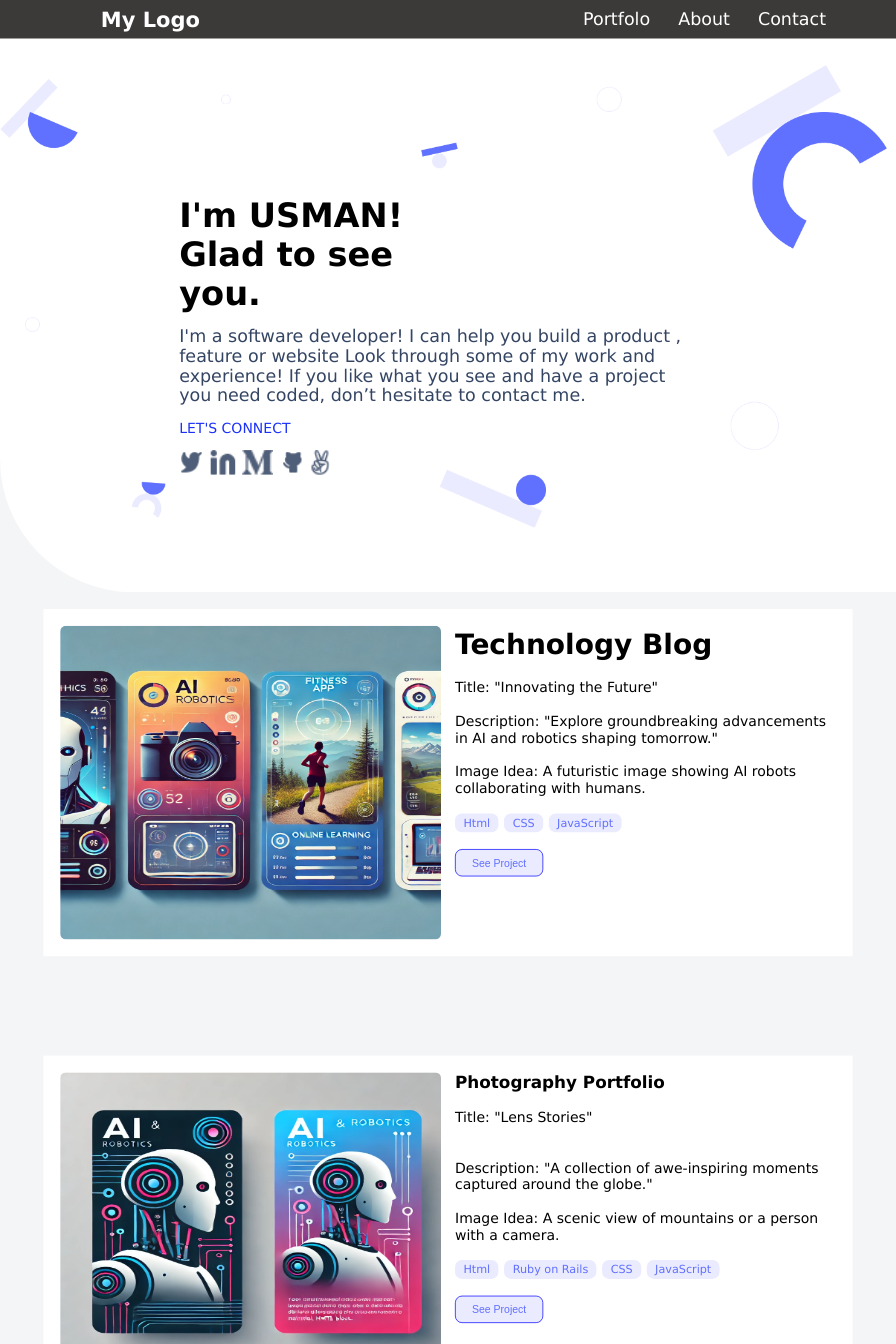
Repository: usman3123/portfolio-template-3
Page: portfolio.html
These files come from the project's save history. The page is drawn as it stood at one moment and after the next save; the edit follows.
The browser window is 1280 px wide. The pictures show the part of the page from y = 0 to 1920 px (the page is 5060 px tall), at 70% of full size.
Some web libraries are served in a nearby version.

Above is the page before, as saved 2025-01-27 11:38:52.
Not found: index.js

### portfolio.html
<!DOCTYPE html>
<html lang="en">
<head>
  <meta charset="UTF-8">
  <meta name="viewport" content="width=device-width, initial-scale=1.0">
  <title>project 2</title>
  <link rel="stylesheet" href="style.css">
  <link href='https://unpkg.com/boxicons@2.1.4/css/boxicons.min.css' rel='stylesheet'>
  <link rel="stylesheet" href="https://cdnjs.cloudflare.com/ajax/libs/font-awesome/6.6.0/css/all.min.css" integrity="sha512-Kc323vGBEqzTmouAECnVceyQqyqdsSiqLQISBL29aUW4U/M7pSPA/gEUZQqv1cwx4OnYxTxve5UMg5GT6L4JJg==" crossorigin="anonymous" referrerpolicy="no-referrer" />
  <link rel="stylesheet" href="https://cdnjs.cloudflare.com/ajax/libs/font-awesome/6.6.0/css/all.min.css" integrity="sha512-Kc323vGBEqzTmouAECnVceyQqyqdsSiqLQISBL29aUW4U/M7pSPA/gEUZQqv1cwx4OnYxTxve5UMg5GT6L4JJg==" crossorigin="anonymous" referrerpolicy="no-referrer" />

  <link rel="stylesheet" href="https://cdnjs.cloudflare.com/ajax/libs/font-awesome/6.7.2/css/all.min.css">
  <link rel="preconnect" href="https://fonts.googleapis.com">
<link rel="preconnect" href="https://fonts.gstatic.com" crossorigin>
<link href="https://fonts.googleapis.com/css2?family=Poppins:ital,wght@0,100;0,200;0,300;0,400;0,500;0,600;0,700;0,800;0,900;1,100;1,200;1,300;1,400;1,500;1,600;1,700;1,800;1,900&display=swap" rel="stylesheet">
</head>

<body>
<section class="webpage">
  <!-- Navbar -->

 <div class="hero-page">
  <div class="header-div">
    <nav class="nav-bar flex">
        <h4 class="nav-heading">My Logo</h4>
        <div class="nav-links flex">
            <a href="#myportfolio" class="link">Portfolo</a>
            <a href="myabout" class="link">About</a>
            <a href="mycontact" class="link" >Contact</a>
        </div>
        <i class="fa-solid fa-light fa-bars fa-xl " id="nav-icon"></i>
    </nav>
</div>

  <!-- Main Content -->
  <section id="myportfolio" class="hero-section flex">
    <div class="hero-content flex">
        <h1 class="hero-head"> I'm USMAN!
          Glad to see you.
      </h1>
      <p class="hero-p">
         I'm a software developer! I can help you build a product , feature or website Look through  some of my work and experience! If you like what you see and have a project you need coded, don’t hesitate to contact me.
      </p>
     <p class="let-connect"> LET'S CONNECT</p>

      <div class="icons flex">
          <img src="/assets/twitter.png" class="media-icon">
          <img src="assets/Linkedin.png" class="media-icon">
          <img src="assets/M.png" class="media-icon">
          <img src="assets/Github.png" class="media-icon">
          <img src="assets/V.png" class="media-icon">
      </div>
    </div>
  </section>

 </div>
  <!-- Cards Section -->

  <section class="cards flex">
    <div class="card flex">
      <img class="card-img" src="/assets/card-1img.webp" alt="CARD_!_IMG">
      <div class="card-content flex">
        <h2 class="card-head">Technology Blog</h2>
        <p class="content-p">Title: "Innovating the Future"</p>
        <p class="content-sp">Description: "Explore groundbreaking advancements in AI and robotics shaping tomorrow."</p>
        <p class="content-p">Image Idea: A futuristic image showing AI robots collaborating with humans.</p>
        <div class="languages flex">
          <p class="lang">Html</p>
          <p class="lang">CSS</p>
          <p class="lang">JavaScript</p>
        </div>
        <button class="content-btn">See Project</button>
      </div>
    </div>
    <div class="card flex">
      <img class="card-img" src="/assets/card-2img.webp" alt="CARD_!_IMG">
      <div class="card-content flex">
        <h2 id="photo-head">Photography Portfolio</h2>
        <p class="content-p">Title: "Lens Stories"<p>
        <p class="content-sp">Description: "A collection of awe-inspiring moments captured around the globe."</p>
        <p class="content-p">Image Idea: A scenic view of mountains or a person with a camera.
        </p>
        <div class="languages flex">
          <p class="lang">Html</p>
          <p class="lang">Ruby on Rails</p>
          <p class="lang">CSS</p>
          <p class="lang">JavaScript</p>
        </div>
        <button class="content-btn">See Project</button>
      </div>
    </div>
    <div class="card flex">
      <img class="card-img" src="/assets/card-3img.webp" alt="CARD_!_IMG">
      <div class="card-content flex">
        <h2 class="card-head">Fitness App</h2>
        <p class="content-p">Title: "MoveSmart"<p>
        <p class="content-sp">Description: "Your companion for tracking workouts and achieving fitness goals."</p>
        <p class="content-p">Image Idea: A person jogging with fitness metrics displayed.</p>
        <div class="languages flex">
          <p class="lang">Html</p>
          <p class="lang">Ruby on Rails</p>
          <p class="lang">CSS</p>
          <p class="lang">JavaScript</p>
        </div>
        <button class="content-btn">See Project</button>
      </div>
    </div>
    <div class="card flex">
      <img class="card-img" src="/assets/card-4img.webp" alt="CARD_!_IMG">
      <div class="card-content flex">
        <h2 class="card-head">Online Learning</h2>
        <p class="content-p">Title: "Skillify"p>
        <p class="content-sp">Description: "Join courses from world-class instructors and master new skills."</p>
        <p class="content-p">Image Idea: A laptop with an open notebook and a student studying.</p>
        <div class="languages flex">
          <p class="lang">Html</p>
          <p class="lang">Ruby on Rails</p>
          <p class="lang">CSS</p>
          <p class="lang">JavaScript</p>
        </div>
        <button class="content-btn">See Project</button>
      </div>
    </div>
  </section>


   <!-- ABOUT MYSELF -->

   <section id="myabout" class="about flex">

    <div class="about-intro flex">
      <h1 class="about-head">About Myself</h1>
      <p class="about-paragraph">Hello I'm a software developer! I can help you build a product , feature or website Look through some of my work and experience! If you like what you see and have a project you need coded, don't hesitate to contact me.</p>
        <p class="connect">Let's Connect</p>
        <div class="icons flex icon-gap">
          <img src="assets/twitter.png" class="twitter">
          <img src="assets/Linkedin.png" class="inimage">
          <img src="assets/M.png" class="mimage">
          <img src="assets/Github.png" class="tomimage">
          <img src="assets/V.png" class="protocol">
      </div>
      <button class="content-btn rsm-btn"> Get my resume</button>
    </div>

    <div class="about-skills flex">
      <div class="about-all flex">
        <p>Languages</p>
        <i class='bx bx-chevron-down'></i>
      </div>
      <div class="about-lang flex">
        <div class="about-lang-img flex">
          <i class="fa-brands fa-js sty-i" style="color: #ff0000;"></i>
          <p>JavaScript</p>
        </div>
        <div class="about-lang-img flex">
          <i class="fa-brands fa-html5 sty-i" style="color: #FFD43B;"></i>
          <p>Html</p>

        </div>
        <div class="about-lang-img flex">
          <i class="fa-brands fa-css3-alt sty-i" style="color: #74C0FC;"></i>
          <p>css</p>
        </div>
      </div>
      <div class="about-all flex">
        <p> Frameworks</p>
        <i class='bx bx-chevron-right'></i>
      </div>
      <div class="about-all flex">
        <p>Skills</p>
        <i class='bx bx-chevron-right'></i>
        </div>
        </div>
  </section>


  <!-- Contact section -->

    <section id="mycontact" class="contact-section flex">
    <h1 class="contact-heading">Contact Me</h1>
    <p class="contact-description flex">
        If you have an application you are interested in developing, a feature that you need built, or a project that needs coding, I'd love to help with it!
    </p>
    <form class="contact-form flex">
        <input class="form-input" type="text" placeholder="Your Name">
        <input class="form-input" type="email" placeholder="Your Email">
        <textarea class="form-message" placeholder="Write your message here..."></textarea>
        <button class="form-button flex">Get in Touch</button>
    </form>

</section>
</section>

<script src="index.js"></script>
</body>
</html>

### style.css
*{
    margin: 0;
    padding: 0;
    box-sizing: border-box;
}

body {
    font-family: Verdana, Geneva, Tahoma, sans-serif;
    background-color: #f4f5f7;
    justify-content: center;
    display: flex
;
}

.flex {
    display: flex;
}

/* nav-bar */

.header-div {
    background-color: #3c3a39;
    width: 100%;
}

.nav-bar {
    justify-content: space-between;
    color: white;
    max-width: 1204px;
    align-items: center;
    padding: 10px 24px;
}

.nav-heading {
    font-size: 30px;
    padding-left: 120px;
}

.nav-links {
    gap: 40px;
    align-items: center;
    font-size: 25px;
    display: none;
}
.nav-icon {
    display: flex;
    width: 24px;
}


/* hero-section */

.hero-page {
    background-color: white;
    border-bottom-left-radius: 190px;
    background-image: url(/assets/Header\ bg@2x.png);
    background-size: contain;
    max-height: 846px;
    background-position: center;
    background-repeat: no-repeat;
    max-width: 1440px;
}
.hero-section {
    height: 846px;
    align-items: center;
    justify-content: center;
    padding-left: 20%;
}
.hero-content {
    flex-direction: column;
    gap: 20px;
}
.hero-head {
    font-size: 48px;
    font-weight: 700;
    width: 35%;
}

.hero-p {
    font-size: 25px;
    line-height: 28px;
    color: #344563;

    width: 73%;
}

.let-connect {
    color: #1d32f7;
    font-size: 20px;
    font-weight: 500;
    line-height: 24px;
}

.media-icon {
    height: 35px;
}

.icons {
    gap: 10px;
}

.nav-head {
    max-width: 1440px;
    width: 100%;
}
.enable {
    color: blue;
}
.link {
    color: white;
    text-decoration: none;
}

/* card-section */

.cards {
    flex-direction: column;
    align-items: center;
    gap:142px;
    padding: 24px;
}
.card {
    background-color: white;
    max-width: 1156px;
    max-height: 496px;
    width: 100%;
    padding: 24px;
    gap: 20px;
}
.card-img {
    max-width: 544px;
    width: 50%;
    border-radius:8px ;
}

.card-content {
    flex-direction: column;
    gap: 24px;
}

.card-head {
    font-size: 40px;
    font-weight: 700;
    line-height: 52px;
}
#photo-content {
    font-size: 40px;
    font-weight: 700;
    line-height: 52px;
}
.content-p {
    font-size: 20px;
    font-weight: 400;
    line-height: 24px;
}
.content-sp {
    font-size: 20px;
    font-weight: 400;
    line-height: 24px;
}

.languages {
    gap: 8px;
    align-items: center;
}

.lang {
    padding: 4px 12px;
    color: #6070ff;
    background-color: #ebebff;
    border-radius: 10px;
}

.content-btn {
    max-width: 126px;
    width: 100%;
    padding: 4px 12px;
    color: #6070ff;
    background-color: #ebebff;
    border-radius: 10px;
    padding: 10px;
    border: 1px solid blue;
    font-size: 15px;
}

/* about-section */

.about {
    padding: 142px;
    gap: 20px;
}

.about-intro {
    flex-direction: column;
    max-width: 447px;
    max-height: 311px;
    gap: 10px;
}

.about-head {
    font-size: 30px;
    font-weight: 700;
    line-height: 52px;
}
.about-paragraph {
    font-size: 16px;
    line-height: 24px;
}
.connect {
    color: #6070ff;
    font-size: 25px;
}

.about-skills {
    max-width: 684px;
    flex-direction: column;
    width: 100%;
    gap: 20px;
}

.about-all {
    justify-content: space-between;
    font-size: 25px;
}
.about-lang {
    gap: 50px;
    padding: 12px;
}
.about-lang-img {
    flex-direction: column;
    gap: 12px;
}
.sty-i {
    font-size: 80px;
}
.about-lang-img > p {
    font-size: 25px;
}
.contact-section {
    flex-direction: column;
    align-items: center;
    gap: 24px;
    background-color: #6070ff;
    background-image: url(/assets/contact\ form\ background\ shapes@2x.png);
    background-size: contain;
    background-repeat: no-repeat;
    border-top-left-radius: 200px;
    padding: 200px 0;
}
.contact-heading {
    font-size: 4rem;
    font-weight: 700;
    line-height: 5.2rem;
    color: white;
}
.contact-description {
    max-width: 569px;
    font-size: 2rem;
    line-height: 2.8rem;
    align-items: center;
    color: white;
}
.contact-form {
    gap: 27px;
    flex-direction: column;
    max-width: 447px;
    width: 100%;
    align-items: center;
}
.form-input {
    padding: 15px 16px;
    background-color: white;
    color: black;
    font-size: 20px;
    width: 100%;
}
.form-message {
    color: black;
    font-size: 20px;
    padding: 15px 16px;
    height: 170px;
    width: 100%;
}
.form-button {
    padding: 12px 15px;
    color: blue;
    font-size: 17px;
    font-weight: 500;
    align-items: center;
    width: 130px;
}








@media (max-width : 1100px) {
    .hero-head {
        width: 53%;
    }
    .card-head {
        font-size: 2rem;
    }
    #photo-head {
        font-size: 27px;
    }
    .content-p {
        font-size: 15px;
    }
    .content-sp {
        font-size: 15px;
        display: none;
    }
    .card-content {
        gap: 20px;
    }

}
@media (max-width :870px) {
    .card {
        flex-direction: column;
        max-height: 552px;
        padding: 16px;
    }
    .card {
        max-width: 327px;
    }
    .about {
        flex-direction: column;
    }

}
@media (max-width : 870px) {
    .hero-head {
        width: 100%;
    }
    .hero-section {
        padding: 24px;
    }
    .hero-p {
        width: 100%;
    }
    .card-img {
        width: 100%;
        height: 18vh;
    }
    .card-content {
        gap: 2px;
    }
}
@media (min-width : 700px) {
    .nav-links {
        display: flex;
    }
    #nav-icon {
        display: none;
    }

}
@media (min-width : 1441px) {
    .card-content {
        gap: 30px;
    }
}

After the next save:
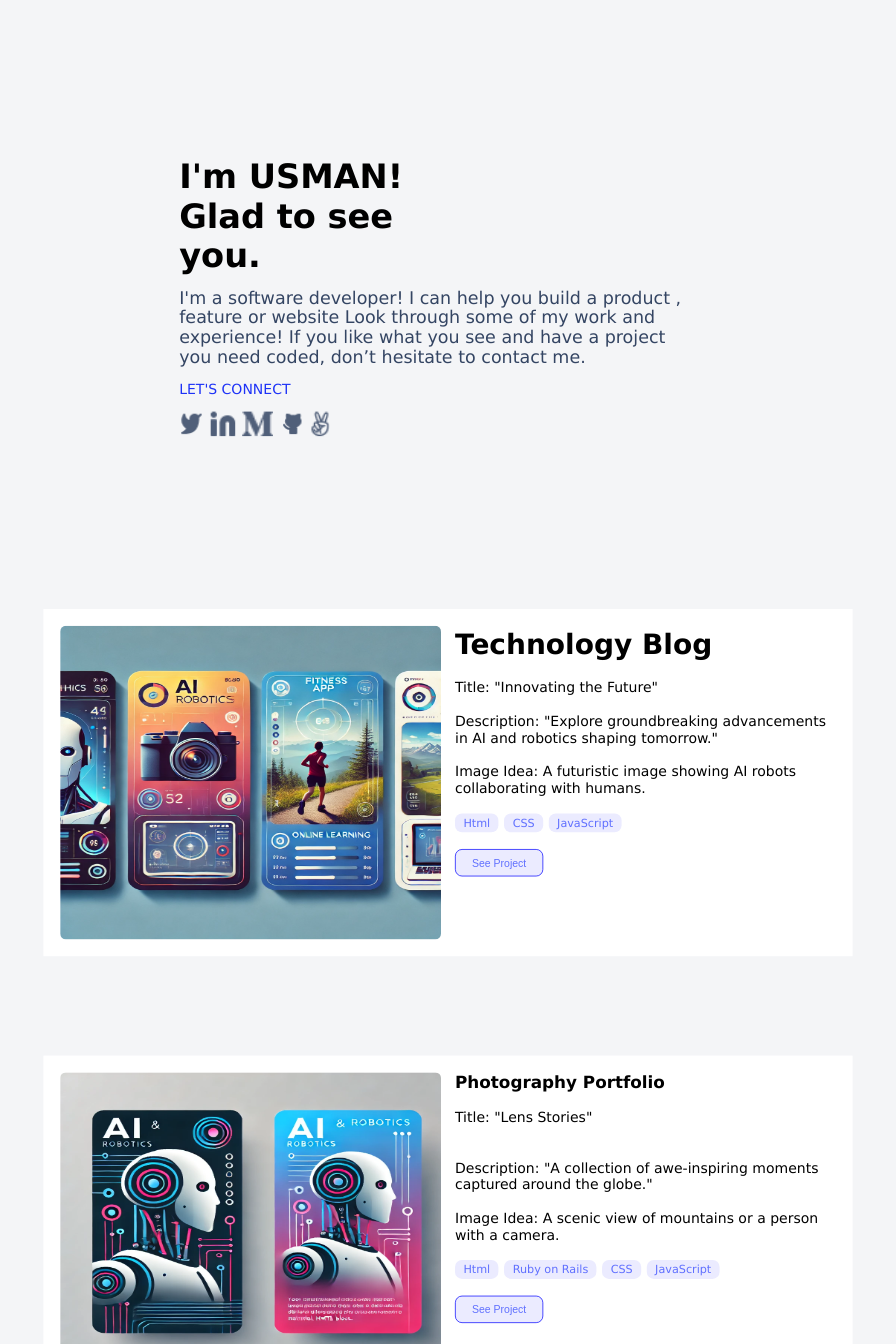
Saved 2 days later.
--- a/portfolio.html
+++ b/portfolio.html
@@ -18,7 +18,7 @@
 <body>
 <section class="webpage">
   <!-- Navbar -->
-
+<!--
  <div class="hero-page">
   <div class="header-div">
     <nav class="nav-bar flex">
@@ -29,7 +29,7 @@
             <a href="mycontact" class="link" >Contact</a>
         </div>
         <i class="fa-solid fa-light fa-bars fa-xl " id="nav-icon"></i>
-    </nav>
+    </nav> -->
 </div>
 
   <!-- Main Content -->

After the save that followed:
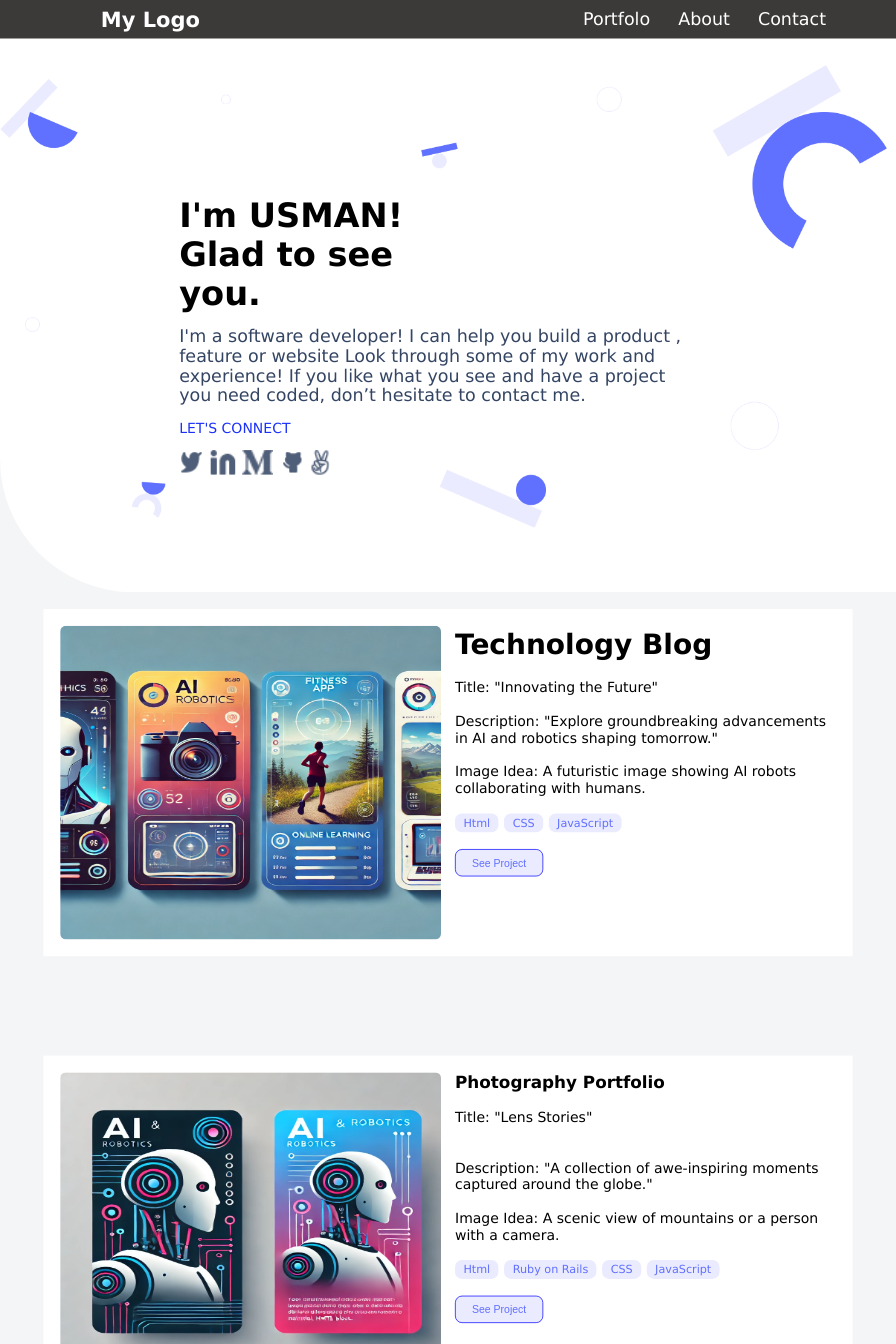
Saved 64 s later.
--- a/portfolio.html
+++ b/portfolio.html
@@ -18,7 +18,7 @@
 <body>
 <section class="webpage">
   <!-- Navbar -->
-<!--
+
  <div class="hero-page">
   <div class="header-div">
     <nav class="nav-bar flex">
@@ -29,7 +29,7 @@
             <a href="mycontact" class="link" >Contact</a>
         </div>
         <i class="fa-solid fa-light fa-bars fa-xl " id="nav-icon"></i>
-    </nav> -->
+    </nav>
 </div>
 
   <!-- Main Content -->
